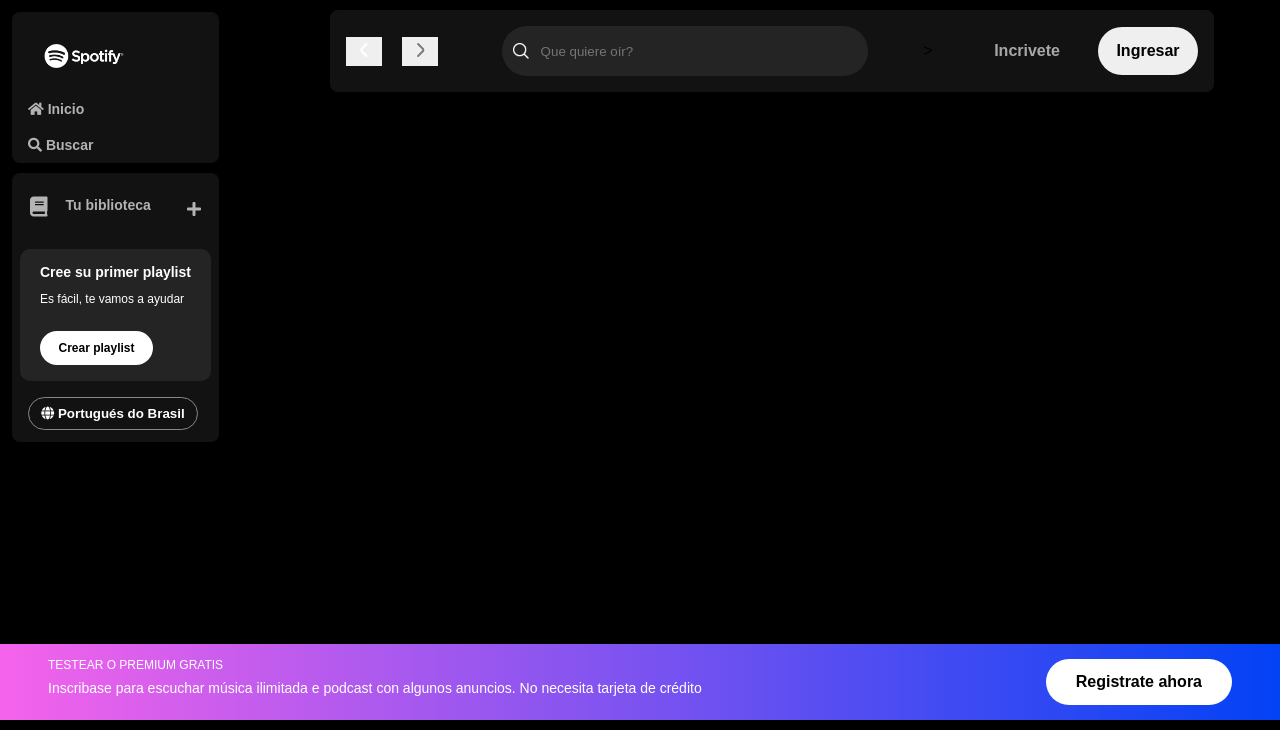
Repository: AnaFzCz/PROYECTO-SPOTIFY
Page: index.html
These files come from the project's save history. The page is drawn as it stood at one moment and after the next save; the edit follows.
The browser window is 1280 px wide. The pictures show the whole page.

Above is the page before, as saved 2025-01-30 15:40:43.

After the next save:
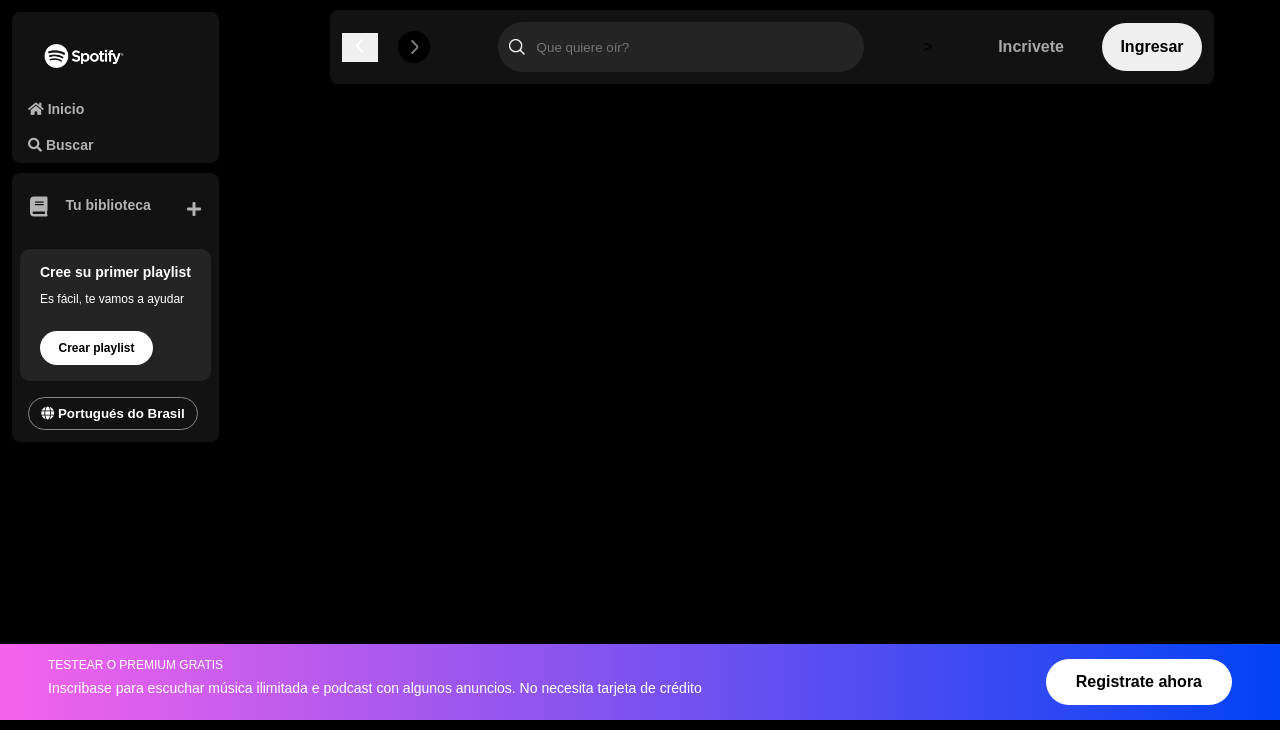
Saved 4 min 18 s later.
--- a/src/styles/main.css
+++ b/src/styles/main.css
@@ -15,6 +15,7 @@
     margin: 10px;
     border-radius: 8px;
     background: #121212;
+    padding: 12px;
 }
 
 .header-navigation .navigation {
@@ -27,7 +28,8 @@
     margin-right: 1.25rem;
 }
 
-.arrow-left .arrow-right {
+.arrow-lef,
+.arrow-right {
     display: flex;
     align-items: center;
     justify-content: center;
